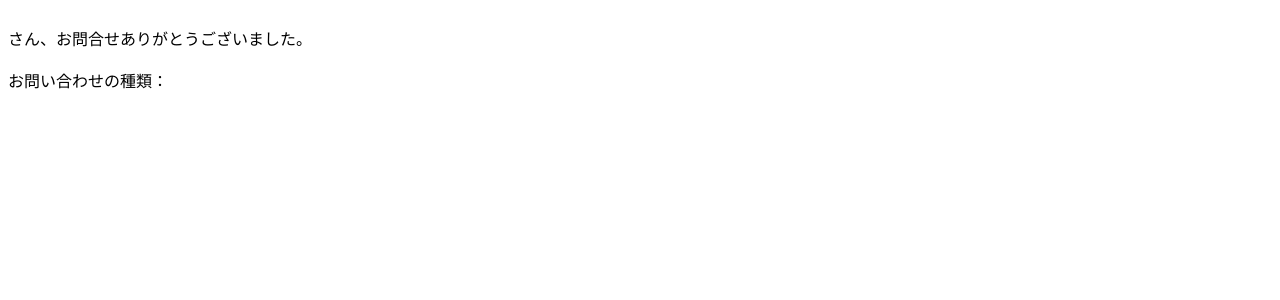
Repository: iuvfag/test
Page: http://localhost/WebProj/inquiryComplete.jsp
These files come from the project's save history. The page is drawn as it stood at one moment and after the next save; the edit follows.
The browser window is 1280 px wide. The pictures show the whole page.
The page is served by Tomcat 9.

Above is the page before, as saved 2018-06-27 01:34:25.

After the next save:
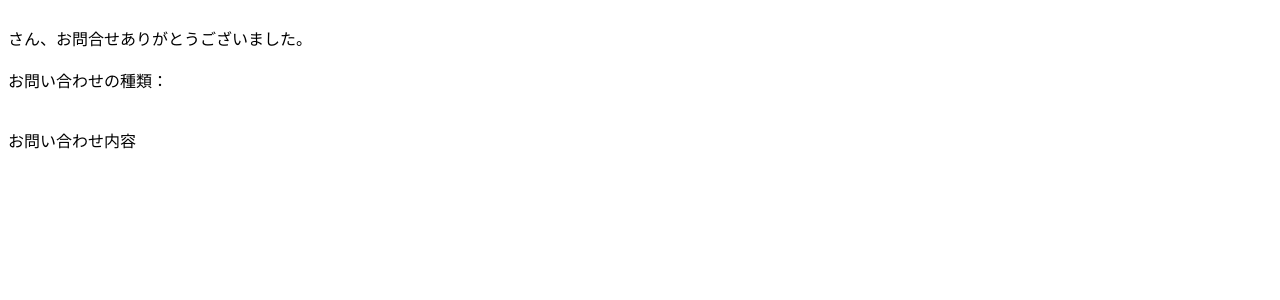
Saved 101 s later.
--- a/WebProj/WebContent/inquiryComplete.jsp
+++ b/WebProj/WebContent/inquiryComplete.jsp
@@ -19,6 +19,12 @@
 		<s:if test='qtype=="product"'>
 		製品について
 		</s:if>
+		<s:if test='qtype=="support"'>
+		アフターサポートについて
+		</s:if>
+		<br>
+		<br>お問い合わせ内容<br>
+		<s:property value="body"/>
 
 
 	</body>
